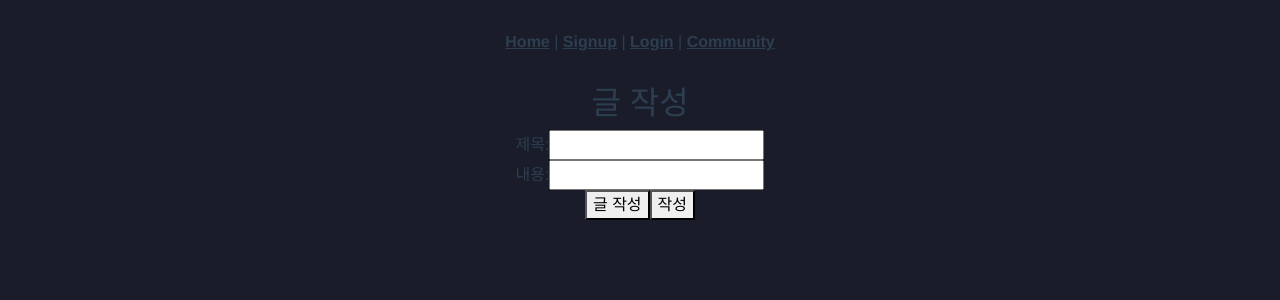
Repository: emoralVisionary/final_pjt_front
Page: /community/post
The author's editor kept a copy of each file at every save. The page is drawn from the files as they stood at one save, then again after the next save.
The browser window is 1280 px wide. The pictures show the whole page.
The project was rebuilt for these pictures with package versions that can differ from the ones it lists, and the page was loaded fresh each time. Also part of the build but not shown: src/components/MovieCard.vue, src/views/MovieDetail.vue, src/views/MovieReview.vue, src/views/community/Community.vue, src/views/community/PostDetail.vue, src/components/ReviewDetail.vue, src/views/accounts/Login.vue.

Above is the page before, as saved 2021-11-22 05:15:08.

### public/index.html
<!DOCTYPE html>
<html lang="">
  <head>
    <meta charset="utf-8">
    <meta http-equiv="X-UA-Compatible" content="IE=edge">
    <meta name="viewport" content="width=device-width,initial-scale=1.0">
    <link href="https://cdn.jsdelivr.net/npm/bootstrap@5.1.3/dist/css/bootstrap.min.css" rel="stylesheet" integrity="sha384-1BmE4kWBq78iYhFldvKuhfTAU6auU8tT94WrHftjDbrCEXSU1oBoqyl2QvZ6jIW3" crossorigin="anonymous">
    <link rel="icon" href="<%= BASE_URL %>favicon.ico">
    <title><%= htmlWebpackPlugin.options.title %></title>
  </head>
  <body>
    <noscript>
      <strong>We're sorry but <%= htmlWebpackPlugin.options.title %> doesn't work properly without JavaScript enabled. Please enable it to continue.</strong>
    </noscript>
    <div id="app"></div>
    <!-- built files will be auto injected -->
  </body>
</html>

### src/App.vue
<template>
  <div id="app">
    <div id="nav">
      <router-link to="/">Home</router-link> |
      <span>
        <router-link :to="{ name: 'Signup' }">Signup</router-link> |
        <router-link :to="{ name: 'Login' }">Login</router-link> |
        <router-link :to="{ name: 'Community' }">Community</router-link>
      </span>
    </div>
    <router-view/>
  </div>
</template>

<style>
#app {
  font-family: Avenir, Helvetica, Arial, sans-serif;
  -webkit-font-smoothing: antialiased;
  -moz-osx-font-smoothing: grayscale;
  text-align: center;
  color: #2c3e50;
}

#nav {
  padding: 30px;
}

#nav a {
  font-weight: bold;
  color: #2c3e50;
}

#nav a.router-link-exact-active {
  color: #42b983;
}
</style>

### src/store/index.js
import Vue from 'vue'
import Vuex from 'vuex'
import axios from 'axios'

Vue.use(Vuex)

export default new Vuex.Store({
  state: {
    isLogin: false,
    movies: [],
    movieData: {},
    posts: [],
    token: '',
    userName: '',
  },
  mutations: {
    LOAD_MOVIES(state, results) {
      state.movies = results
    },
    LOAD_POSTS(state, results) {
      state.posts = results
    },
    LOAD_DETAIL(state, detail) {
      // console.log(detail)
      state.movieData = detail
    },
    SET_TOKEN(state, jwtToken) {
      state.token = jwtToken
    },
    LOGIN(state, username) {
      state.userName = username
      state.isLogin = true
    },
  },
  actions: {
    SetToken({ commit }) {
      const token = localStorage.getItem('jwt')
      const config = {
        Authorization: `JWT ${token}`
      }
      commit('SET_TOKEN', config)
    },
    LoadMovies({ commit }) {
      const baseUrl = 'http://127.0.0.1:8000/'
      axios({
        method: 'get',
        url: `${baseUrl}movies/`
      })
        .then(res => commit('LOAD_MOVIES', res.data))
        .catch(err => console.error(err))
    },
    LoadPosts({ commit }) {
      axios({
        method: 'get',
        url: 'http://127.0.0.1:8000/community/',
      })
        .then(res => commit('LOAD_POSTS', res.data))
        .catch(err => console.error(err))
    },
    LoadDetail({ commit, state }, movieId) {
      const baseUrl = 'http://127.0.0.1:8000/'
      axios({
        method: 'get',
        url: `${baseUrl}movies/${movieId}`,
        headers: state.token
      })
      .then(res => commit('LOAD_DETAIL', res.data))
      .catch(err => console.error(err))
    }
  },
  modules: {
  }
})

### src/router/index.js
import Vue from 'vue'
import VueRouter from 'vue-router'
import Home from '../views/Home.vue'
import MovieDetail from '../views/MovieDetail.vue'
import MovieReview from '../views/MovieReview.vue'
import Community from '../views/community/Community.vue'
import Post from '../views/community/Post.vue'
import PostDetail from '../views/community/PostDetail.vue'
import ReviewDetail from '@/components/ReviewDetail.vue'
import Signup from '@/views/accounts/Signup'
import Login from '@/views/accounts/Login'

Vue.use(VueRouter)

const routes = [
  {
    path: '/',
    name: 'Home',
    component: Home
  },
  {
    path: '/:movieId',
    name: 'MovieDetail',
    component: MovieDetail
  },
  {
    path: '/:movieId/review',
    name: 'MovieReview',
    component: MovieReview
  },
  {
    path: '/:movieId/review/:reviewId',
    name: 'ReviewDetail',
    component: ReviewDetail
  },
  {
    path: '/community',
    name: 'Community',
    component: Community
  },
  {
    path: '/community/post/:postId?',
    name: 'Post',
    component: Post
  },
  {
    path: '/community/:postId',
    name: 'PostDetail',
    component: PostDetail
  },
  {
    path: '/accounts/signup',
    name: 'Signup',
    component: Signup,
  },
  {
    path: '/accounts/login',
    name: 'Login',
    component: Login,
  },
]

const router = new VueRouter({
  mode: 'history',
  base: process.env.BASE_URL,
  routes
})

export default router

### src/views/Home.vue
<template>
  <div class="container-fluid">
    <h1>최신 영화</h1>

    <h1>영화 리스트</h1>
    <div class="card-group row">
      <movie-card
      v-for="movie in movies"
      :key="movie.id"
      :movie="movie"
      >
      </movie-card>
    </div>
  </div>
</template>

<script>
// import axios from 'axios'
import { mapState } from 'vuex'
import MovieCard from '@/components/MovieCard.vue'

export default {
  name: 'Home',
  components: { MovieCard, },
  created() {
    this.$store.dispatch('LoadMovies')
  },
  computed: {
    ...mapState(['movies']),
  },
  methods: {

  },

}
</script>

<style>
body {
  background-color: #1A1D29;
}
</style>

### src/views/community/Post.vue
<template>
  <div>
    <h2>글 작성</h2>
    <div>
      <label for="title">제목: </label>
      <input
        type="text"
        id="title"
        v-model="PostForm.title"
      >
    </div>
    <div>
      <label for="content">내용: </label>
      <input
        type="text"
        id="content"
        v-model="PostForm.content"
      >
    </div>
    <button @click="createPost">글 작성</button>
    <button @click="index !== undefined ? updatePost : createPost">{{index !== undefined ? '수정' : '작성'}}</button>
  </div>
</template>

<script>
import axios from 'axios'
import { mapState } from 'vuex'

export default {
  name: 'Post',
  data: function() {
    const index = this.$route.params.postId;
    return {
      PostForm: {
      title: index !== undefined ? this.$store.state.posts[index-1].title : "",
      content: index !== undefined ? this.$store.state.posts[index-1].content : "",
      },
    }
  },
  methods: {
    createPost() {
      axios({
        method: 'post',
        url: "http://127.0.0.1:8000/community/create/",
        headers: this.token,
        data: this.PostForm,
      })
        .then(() => {
          // re-load movie
          this.$store.dispatch('LoadPosts')
          // to review detail
          // this.$router.push({ name: 'PostDetail' })
          this.$router.push({ name: 'Community' })
        })
        .catch(err => console.error(err))
    },
    updatePost() {
      axios({
        method: 'put',
        url: `http://127.0.0.1:8000/community/${this.index}/update_delete/`,
        headers: this.token,
        data: this.PostForm,
      })
        .then(() => {
          // re-load movie
          this.$store.dispatch('LoadPosts')
          // to review detail
          // this.$router.push({ name: 'PostDetail' })
          this.$router.push({ name: 'Community' })
        })
        .catch(err => console.error(err))
    },
  },
  computed: {
    ...mapState(['token']),
  }
}
</script>

<style>

</style>

### src/views/accounts/Signup.vue
<template>
  <div class="container-fluid">
    <div class="signup">
      <div class="signup-box mt-4">
        <h1 id="signup">SignUp</h1>

        <div class="username mt-3">
          <input
            type="text"
            id="username"
            v-model="credentials.username"
            placeholder="아이디"
          >
        </div>
        <div class="email mt-3">
          <input
            type="email"
            id="email"
            v-model="credentials.email"
            placeholder="이메일"
          >
        </div>
        <div class="password mt-3">
          <input
            type="password"
            id="password"
            v-model="credentials.password"
            placeholder="비밀번호"
          >
        </div>
        <div class="confirmation mt-3">
          <input
            type="password"
            id="passwordConfirmation"
            v-model="credentials.passwordConfirmation"
            placeholder="비밀번호 확인"
            @keyup.enter="signup"
          >
        </div>
        <button class="btn signupBtn" @click="signup">회원가입</button>

      </div>
    </div>

  </div>
</template>

<script>
import axios from 'axios'

export default {
  name: 'Signup',
  data: function () {
    return {
      credentials: {
        username: null,
        password: null,
        passwordConfirmation: null,
        email: null,
      }
    }
  },
  methods: {
    signup: function () {
      axios({
        method: 'POST',
        url: 'http://127.0.0.1:8000/accounts/signup/',
        data: this.credentials
      })
        .then(() => {
          // 회원가입 후 자동 로그인
          axios({
            method: 'POST',
            url: 'http://127.0.0.1:8000/accounts/api-token-auth/',
            data: this.credentials,
          })
            .then(res => {
              localStorage.setItem('jwt', res.data.token)
              this.$emit('login')
              this.$router.push({name: 'Home'})
            })
            .catch(err => {
              console.log(err)
            })
        })
        .catch(err => {
          console.log(err)
        })
    }
  },
}
</script>

<style>
body {
  background-color: #1A1D29;
}

.signup{
  display: flex;
  justify-content: center;
  align-items: center;
}

.signup-box {
  width: 300px;
  background-color: #1A1D29;
  padding: 40px;
  padding-bottom: 30px;
}

.signupBtn {
  margin-top: 30px;
  cursor: pointer;
  width: 60%;
  transition: 0.5s;
  color: white;
  background-color: #068DFF;
}

#username {
  width: 200px;
  height: 40px;
  font-size: 14px;
  background-color:#31343E;
  border: 0;
  outline: 0;
  border-radius: 4px;
  text-indent: 8px;
  color: wheat;
}

#email {
  width: 200px;
  height: 40px;
  font-size: 14px;
  background-color:#31343E;
  border-radius: 4px;
  border: 0;
  outline: 0;
  text-indent: 8px;
  color: wheat;
}

#password {
  width: 200px;
  height: 40px;
  font-size: 14px;
  background-color:#31343E;
  border-radius: 4px;
  border: 0;
  outline: 0;
  text-indent: 8px;
  color: wheat;
}

#passwordConfirmation {
  width: 200px;
  height: 40px;
  font-size: 14px;
  background-color:#31343E;
  border-radius: 4px;
  border: 0;
  outline: 0;
  text-indent: 8px;
  color: wheat;
}

#signup {
  color: wheat;
}
</style>

Loaded but not shown: src/main.js (common file)

After the next save:
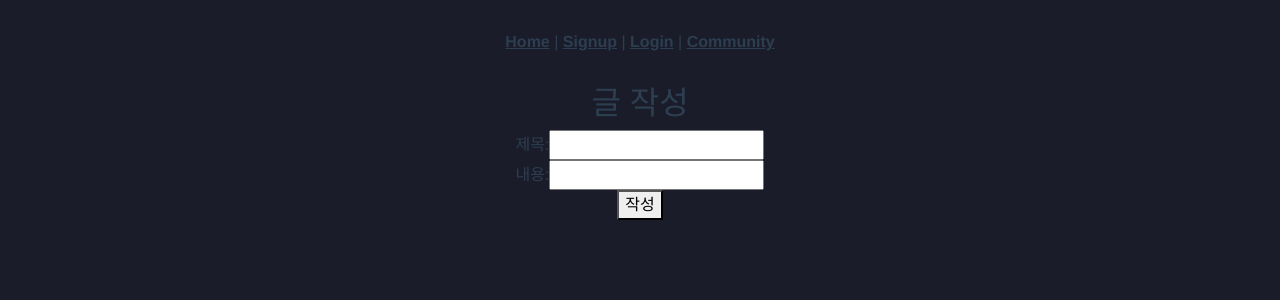
Saved 31 s later.
--- a/src/views/community/Post.vue
+++ b/src/views/community/Post.vue
@@ -17,7 +17,6 @@
         v-model="PostForm.content"
       >
     </div>
-    <button @click="createPost">글 작성</button>
     <button @click="index !== undefined ? updatePost : createPost">{{index !== undefined ? '수정' : '작성'}}</button>
   </div>
 </template>
